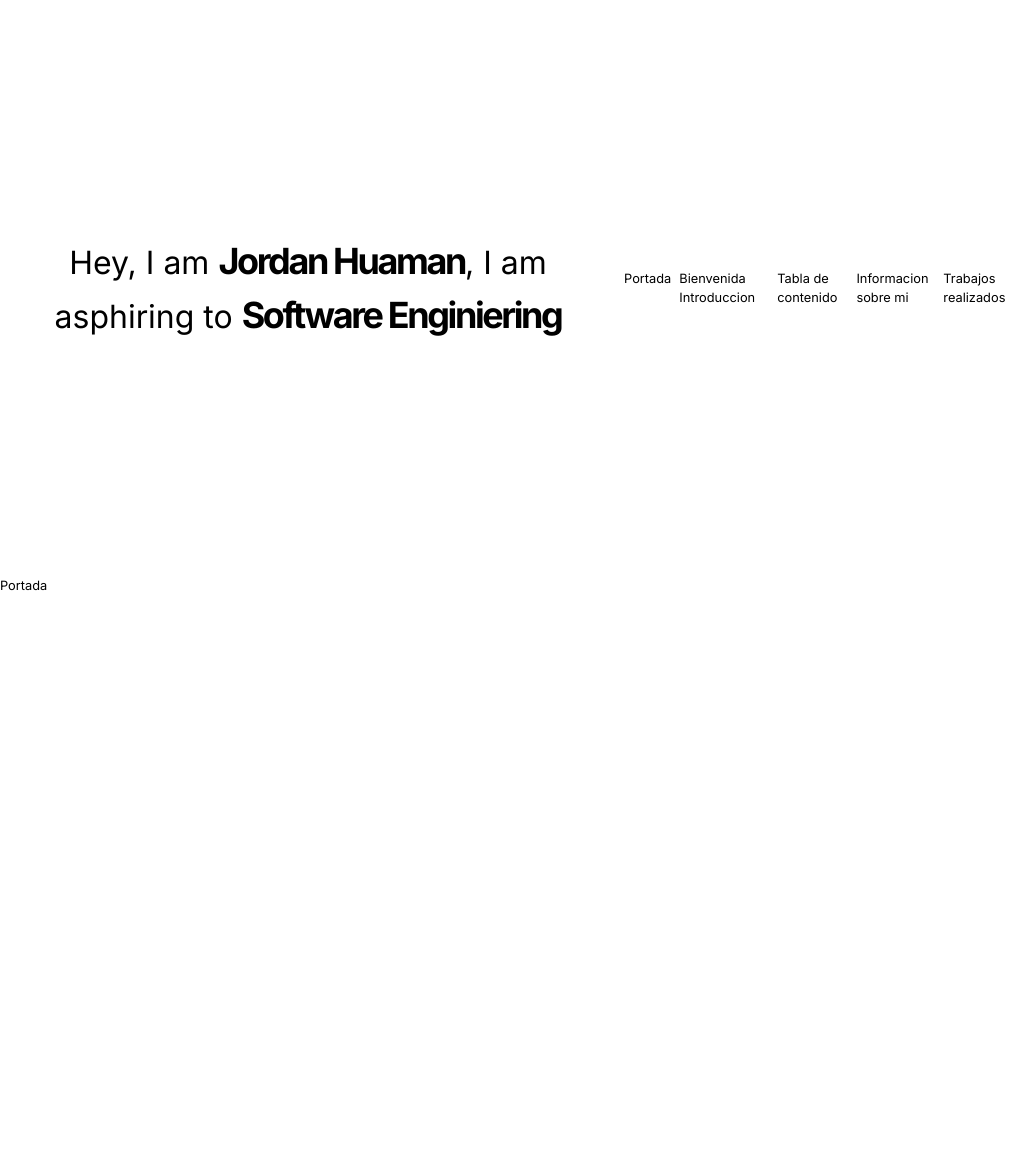
Repository: devsecops-node/portafolio-nextj-pages
Page: /
These files come from the project's save history. The page is drawn as it stood at one moment and after the next save; the edit follows.
The browser window is 1280 px wide. The pictures show the whole page, at 80% of full size.
The project was rebuilt for these pictures with package versions that can differ from the ones it lists, and the page was loaded fresh each time. The framework's server and built-in components were replaced by stand-ins that run in the browser. Also part of the build but not shown: next.config.js, src/styles/transitionPage.module.css.

Above is the page before, as saved 2024-01-15 03:50:26.

### src/app/page.js
"use client"
import Dashboard from '@/components/Dashboard'
import Transition from '@/components/Transition'
import Image from 'next/image'
import { useEffect, useState } from 'react'

export default function Home() {
  const [showAnimation, setShowAnimation] = useState(true)

  useEffect(() => {
    console.log('Ejecutando')
    setTimeout(() => {
      setShowAnimation(false)
    }, 2000)
  }, [])
  return (
    <main className='h-[100vh]'>
      {showAnimation ? <Transition /> : <Dashboard />}
    </main>
  )
}

### src/components/Dashboard.jsx
import React from 'react'
import stles from "@/styles/dashboard.module.css"
import Portada from './Portada'

const Dashboard = () => {
  return (
    <section className={stles.home_view}>
      <div className='h-screen flex justify-between items-center'>
        <div className={stles.home_view_principal}>
          <p className={stles.animar_text} id='detec'> Hey, I am <span className="animacion-bolder">Jordan
            Huaman</span>, I am asphiring to <span className={stles.detect}>Software Enginiering</span>
          </p>
        </div>
        <div className={stles.home_view_links}>
          <a href="" className={stles.animar_abajo}>
            <p>Portada</p>
          </a>
          <a href="" className={stles.animar_abajo}>
            <p>Bienvenida Introduccion</p>
          </a>
          <a href="" className={stles.animar_arriba}>
            <p>Tabla de contenido</p>
          </a><a href="" className={stles.animar_arriba}>
            <p>Informacion sobre mi</p>
          </a>
          <a href="" className={stles.animar_abajo}>
            <p>Trabajos realizados</p>
          </a>

        </div>
        <div>
        </div>
      </div>
      <Portada />
    </section>
  )
}

export default Dashboard

### src/components/Transition.jsx
import React from 'react'
import styles from "@/styles/transitionPage.module.css"

const Transition = () => {
  return (
    <div className={styles.home}>
      <main className=''>
        <p className={styles.text_1}>Jh</p>
        <p className={styles.text_2}>Jordan Huaman - Porfolio</p>
      </main>
      <footer>
        <p className={styles.text_3}>Software Engineerin - 2024</p>
      </footer>
    </div>
  )
}

export default Transition

### src/styles/dashboard.module.css
/* ? Home-view part */
.home_view {
  height: 100%;
}

.animar_text {
  animation: apper-2 2s;
  -webkit-animation: apper-2 2s;
}

.home_view_principal {
  width: 90%;
  margin: 0 auto;
}

.home_view_principal p {
  text-align: center;
  font-size: 40px;
}

.home_view_principal p span {
  font-size: 45px;
  letter-spacing: -3px;
  font-weight: bold;
}

.home_view_principal p span:hover .child {
  background-color: red;
}

@keyframes apper-2 {
  0% {
    opacity: 0;
    transform: translateY(-200px);
    -webkit-transform: translateY(-200px);
    -moz-transform: translateY(-200px);
    -ms-transform: translateY(-200px);
    -o-transform: translateY(-200px);
  }

  50% {
    opacity: 1;
    transform: translateY(-20px);
    -webkit-transform: translateY(-20px);
    -moz-transform: translateY(-20px);
    -ms-transform: translateY(-20px);
    -o-transform: translateY(-20px);
  }

  100% {
    opacity: 1;
    transform: translateY(0px);
    -webkit-transform: translateY(0px);
    -moz-transform: translateY(0px);
    -ms-transform: translateY(0px);
    -o-transform: translateY(0px);
  }
}

.home_view_links {
  display: flex;
  padding: 10px;
  justify-content: space-between;
  gap: 10px;
}

/* Line aniamtion */
.line-animation {
  display: inline;
  cursor: pointer;
  position: relative;
  /* padding: 5px; */
}

.line-animation::after {
  /* margin-top: 10px; */
  content: "";
  position: absolute;
  width: 100%;
  height: 3px;
  top: auto;
  bottom: 14px;
  left: -4px;
  transform: scaleX(0);
  box-shadow: 0 5px 0 black;
  transform-origin: bottom right;
  transition: transform 0.5s ease-out;
}

.line-animation:hover:after {
  transform: scaleX(1);
  transform-origin: bottom left;
}

.animacion-bolder {
  animation: animar-bold 2s linear alternate slidein;
  -webkit-animation: animar-bold 2s linear alternate slidein;
}

.animar_arriba{
  animation: apper-arriba 2s;
  -webkit-animation: apper-arriba 2s;
}
.animar_abajo{
  animation: apper-abajo 2s;
  -webkit-animation: apper-abajo 2s;
}

@keyframes apper-arriba {
  0% {
    opacity: 0;
    transform: translateY(200px);
    -webkit-transform: translateY(200px);
    -moz-transform: translateY(200px);
    -ms-transform: translateY(200px);
    -o-transform: translateY(200px);
}

  50% {
    opacity: 1;
    transform: translateY(-20px);
    -webkit-transform: translateY(-20px);
    -moz-transform: translateY(-20px);
    -ms-transform: translateY(-20px);
    -o-transform: translateY(-20px);
  }

  100% {
    opacity: 1;
    transform: translateY(0px);
    -webkit-transform: translateY(0px);
    -moz-transform: translateY(0px);
    -ms-transform: translateY(0px);
    -o-transform: translateY(0px);
  }
}
@keyframes apper-abajo {
  0% {
    opacity: 0;
    transform: translateY(-200px);
    -webkit-transform: translateY(-200px);
    -moz-transform: translateY(-200px);
    -ms-transform: translateY(-200px);
    -o-transform: translateY(-200px);
}

  50% {
    opacity: 1;
    transform: translateY(-20px);
    -webkit-transform: translateY(-20px);
    -moz-transform: translateY(-20px);
    -ms-transform: translateY(-20px);
    -o-transform: translateY(-20px);
  }

  100% {
    opacity: 1;
    transform: translateY(0px);
    -webkit-transform: translateY(0px);
    -moz-transform: translateY(0px);
    -ms-transform: translateY(0px);
    -o-transform: translateY(0px);
  }
}

@keyframes animar-bold {
  0% {
    opacity: 0;
  }

  100% {
    opacity: 1;
  }
}

### src/components/Portada.jsx
import React from 'react'

const Portada = () => {
  return (
    <div className='h-screen'>Portada</div>
  )
}

export default Portada

Loaded but not shown: src/app/layout.js (common file); src/app/globals.css (common file); tailwind.config.js (common file)

After the next save:
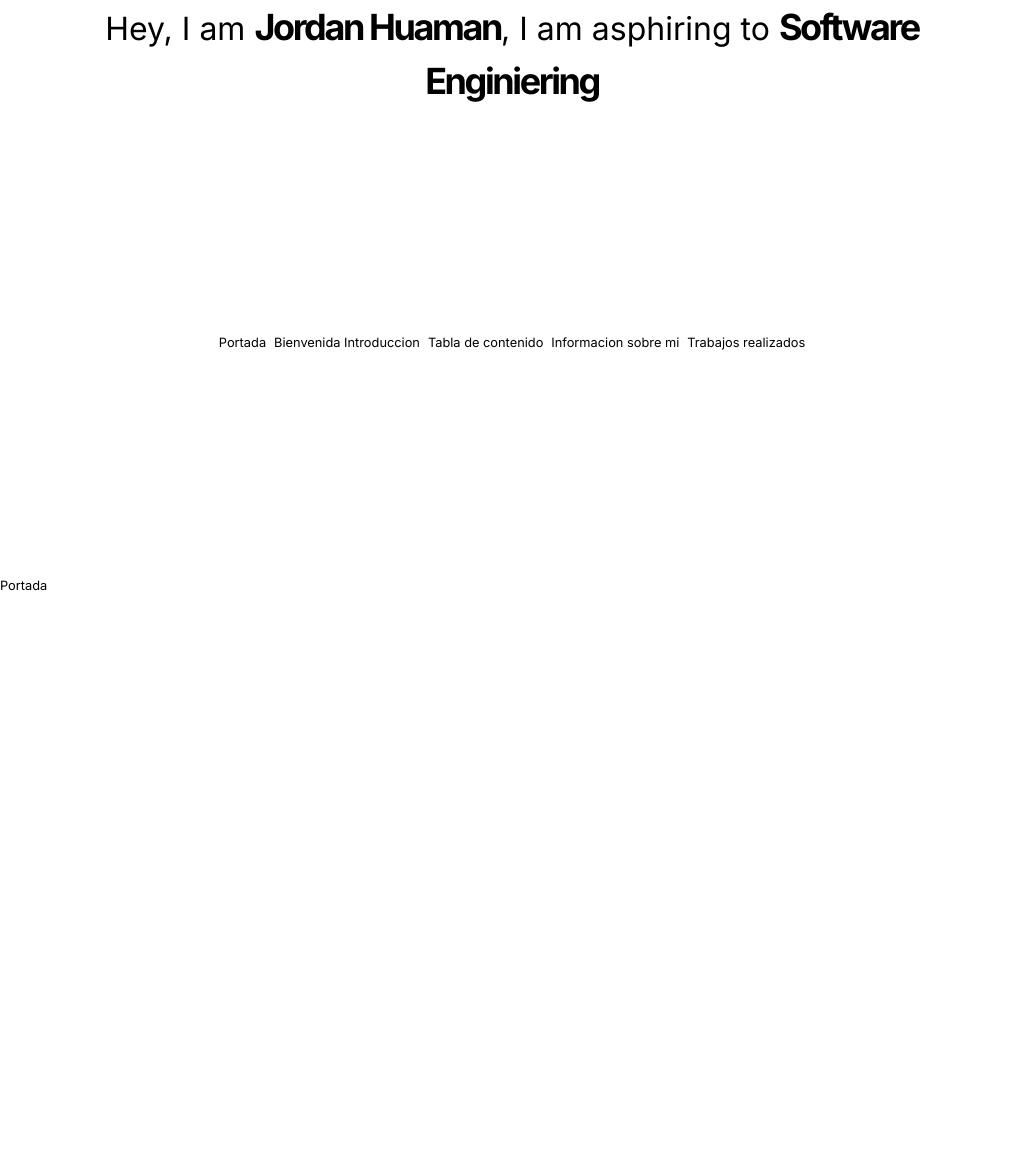
Saved 8 s later.
--- a/src/components/Dashboard.jsx
+++ b/src/components/Dashboard.jsx
@@ -5,7 +5,7 @@ import Portada from './Portada'
 const Dashboard = () => {
   return (
     <section className={stles.home_view}>
-      <div className='h-screen flex justify-between items-center'>
+      <div className='h-screen flex justify-between items-center flex-col'>
         <div className={stles.home_view_principal}>
           <p className={stles.animar_text} id='detec'> Hey, I am <span className="animacion-bolder">Jordan
             Huaman</span>, I am asphiring to <span className={stles.detect}>Software Enginiering</span>
